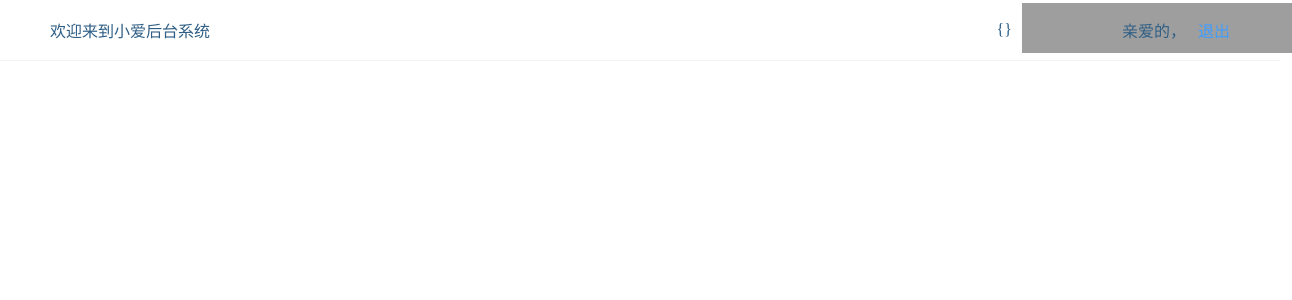
Repository: ZHANG-0714/backstage
Page: /
The author's editor kept a copy of each file at every save. The page is drawn from the files as they stood at one save, then again after the next save.
The browser window is 1280 px wide. The page is 1292 px wide, then 1280 px, so the pictures cover 1292 px, including what lies to the right of the window. The pictures show the whole page.
Pictures or frames that could not be fetched are drawn as grey boxes. The project was rebuilt for these pictures with package versions that can differ from the ones it lists, and the page was loaded fresh each time. Also part of the build but not shown: vue.config.js, src/views/Home.vue.

Above is the page before, as saved 2020-08-31 17:56:16.

After the next save:
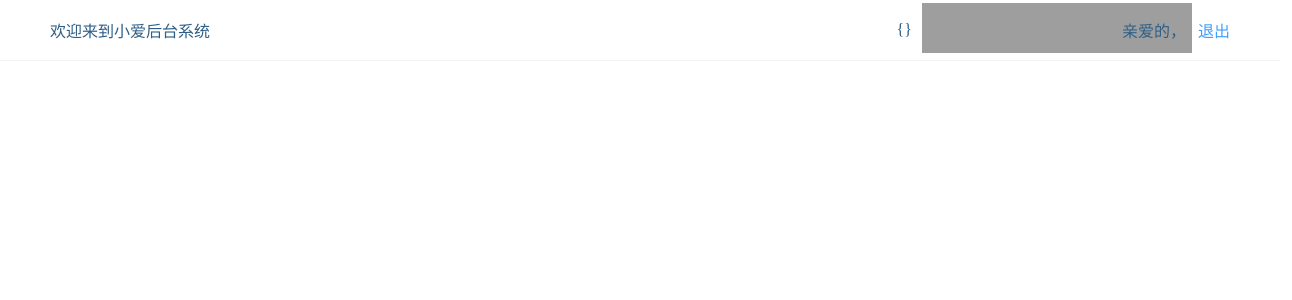
Saved 4 s later.
--- a/src/components/public/headTop.vue
+++ b/src/components/public/headTop.vue
@@ -84,7 +84,7 @@ export default {
   margin-right: 10px;
 }
 .iframes {
-  width: 100px;
+  width: 200px;
 }
 iframe {
   width: 270px;
